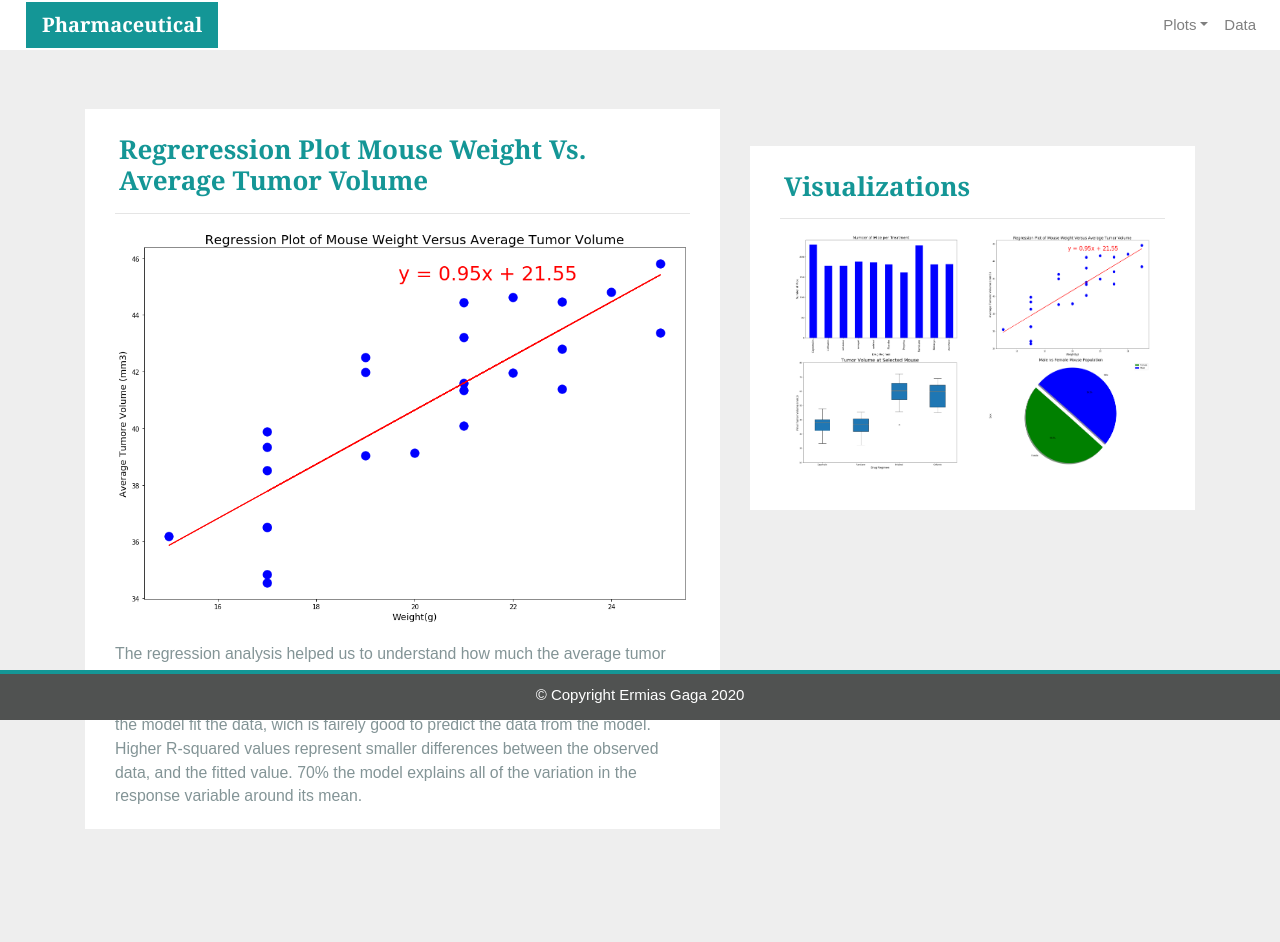
Repository: ermiasgelaye/ermiasgelaye.github.io
Page: Matplotlib-Challenge/box_plot.html
These files come from the project's save history. The page is drawn as it stood at one moment and after the next save; the edit follows.
The browser window is 1280 px wide. The pictures show the whole page.
Some web libraries are served in a nearby version.

Above is the page before, as saved 2020-08-03 00:23:35.

After the next save:
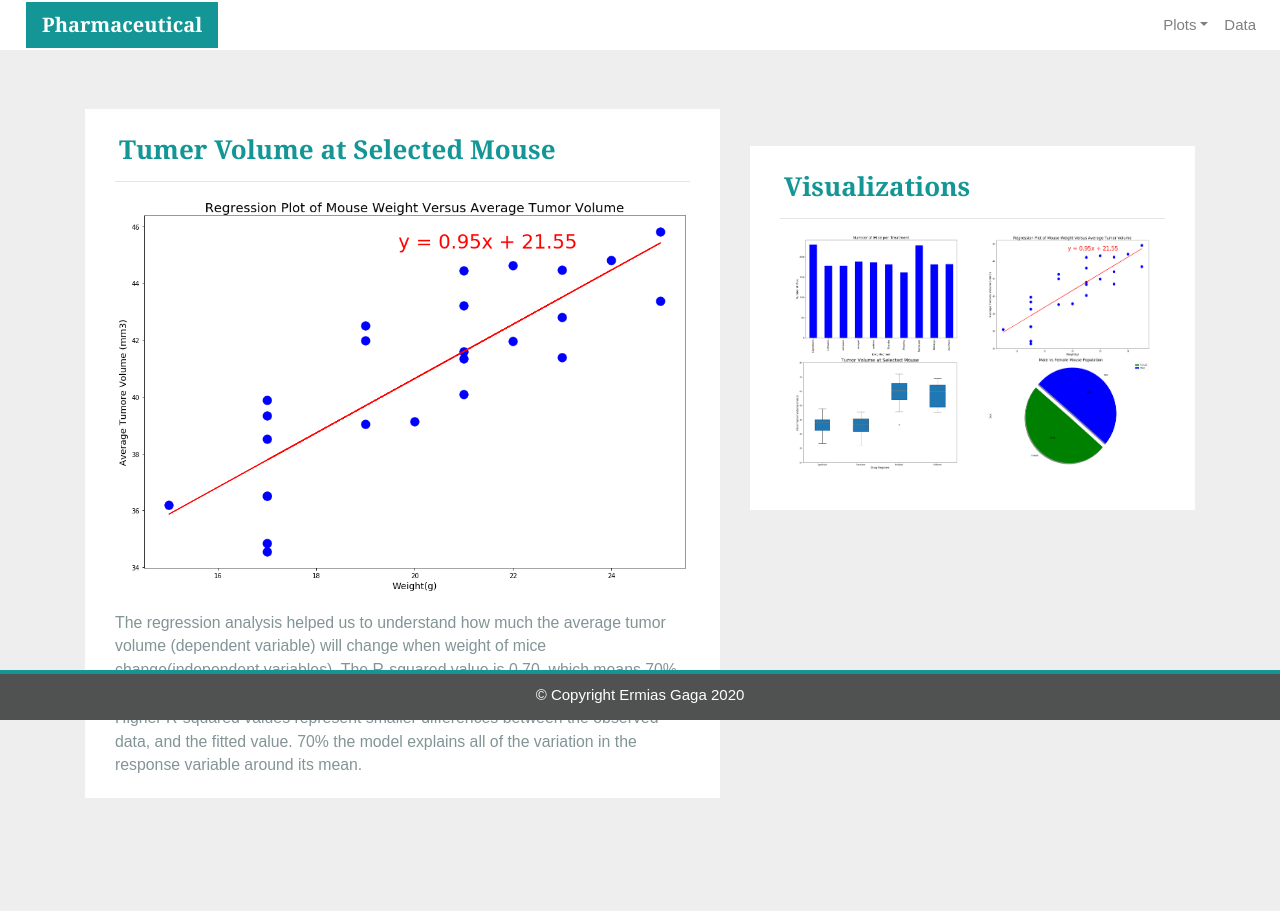
Saved 12 s later.
--- a/Matplotlib-Challenge/box_plot.html
+++ b/Matplotlib-Challenge/box_plot.html
@@ -57,7 +57,7 @@
     <section class="row">
       <div class="col-lg-7 col-md-12">
         <div class="description-content">
-          <h1 class="description-header">Regreression Plot Mouse Weight Vs. Average Tumor Volume</h1>
+          <h1 class="description-header">Tumer Volume at Selected Mouse</h1>
           <hr>
           <img src="Resources/assets/images/linear_regression.png"
             alt="Regreression Plot Mouse Weight Vs. Averaje Tumor Volume">
